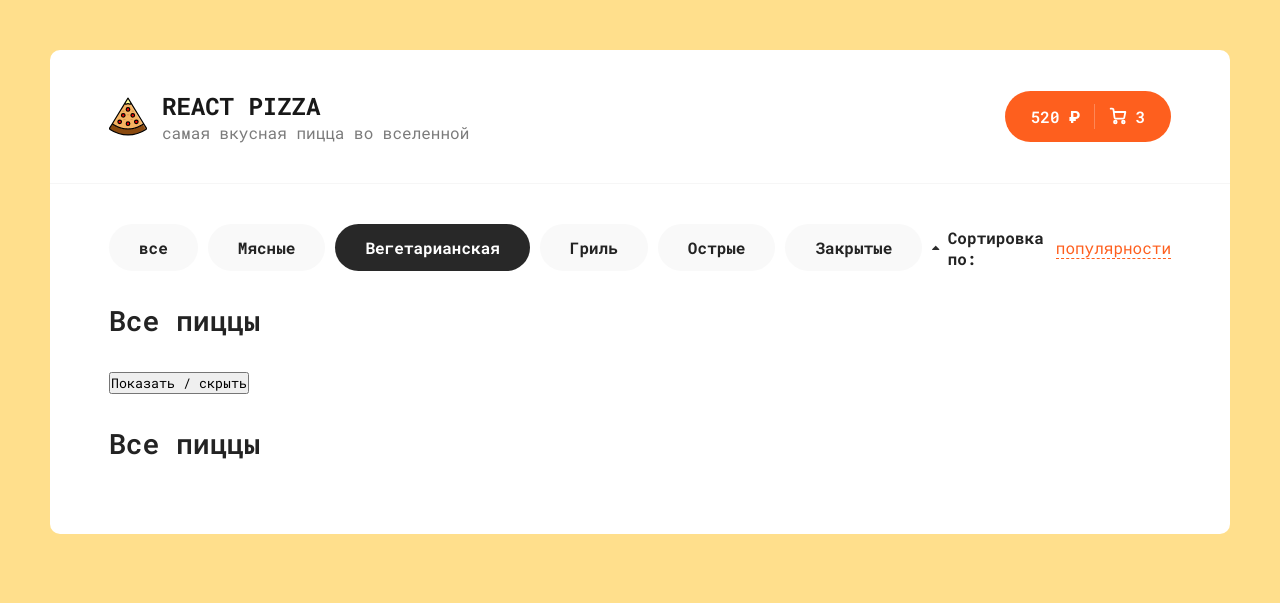
Repository: TI-IT/react-pizza2
Page: /
These files come from the project's save history. The page is drawn as it stood at one moment and after a run of saves; the edit follows.
The browser window is 1280 px wide. The pictures show the whole page.
The project was rebuilt for these pictures with package versions that can differ from the ones it lists, and the page was loaded fresh each time. Also part of the build but not shown: src/components/PizzaBlock.jsx.

Above is the page before, as saved 2022-10-09 13:23:32.

### public/index.html
<!DOCTYPE html>
<html lang="en">
  <head>
    <meta charset="utf-8" />
    <link rel="icon" href="%PUBLIC_URL%/favicon.ico" />
    <link rel="preconnect" href="https://fonts.googleapis.com" />
    <link rel="preconnect" href="https://fonts.gstatic.com" crossorigin />
    <link
      href="https://fonts.googleapis.com/css2?family=Roboto+Mono:wght@300;400;500;600;700&display=swap"
      rel="stylesheet"
    />
    <meta name="viewport" content="width=device-width, initial-scale=1" />
    <meta name="theme-color" content="#000000" />
    <meta
      name="description"
      content="Web site created using create-react-app"
    />
    <link rel="apple-touch-icon" href="%PUBLIC_URL%/logo192.png" />
    <!--
      manifest.json provides metadata used when your web app is installed on a
      user's mobile device or desktop. See https://developers.google.com/web/fundamentals/web-app-manifest/
    -->
    <link rel="manifest" href="%PUBLIC_URL%/manifest.json" />
    <!--
      Notice the use of %PUBLIC_URL% in the tags above.
      It will be replaced with the URL of the `public` folder during the build.
      Only files inside the `public` folder can be referenced from the HTML.

      Unlike "/favicon.ico" or "favicon.ico", "%PUBLIC_URL%/favicon.ico" will
      work correctly both with client-side routing and a non-root public URL.
      Learn how to configure a non-root public URL by running `npm run build`.
    -->
    <title>React App</title>
  </head>
  <body>
    <noscript>You need to enable JavaScript to run this app.</noscript>
    <div id="root"></div>
    <!--
      This HTML file is a template.
      If you open it directly in the browser, you will see an empty page.

      You can add webfonts, meta tags, or analytics to this file.
      The build step will place the bundled scripts into the <body> tag.

      To begin the development, run `npm start` or `yarn start`.
      To create a production bundle, use `npm run build` or `yarn build`.
    -->
  </body>
</html>

### src/App.js
import React from 'react'
import './scss/app.scss'
import Header from './components/Header'
import Categories from './components/Categories'
import Sort from './components/Sort'
import PizzaBlock from './components/PizzaBlock'
import pizzas from './assets/pizza.json'

function App() {
  const [items, setItems] = React.useState([])

  const [count, setCount] = React.useState(0)
  const [visableH1, setVisableH1] = React.useState(true)

  const onClickVisable = () => {
    setVisableH1(tt => !tt)
  }
  //componentDidUpdate(), componentDidMount(), componentWillUnmount
  React.useEffect(() => {
    console.log('Обновление чего либо')
  })

  const link = 'https://63427733ba4478d4783c44ef.mockapi.io/items'
  // fetch(link)
  //   .then(res => {
  //     return res.json()
  //   })
  //   .then(json => {
  //     setItems(json)
  //   })

  return (
    <div className="wrapper">
      <Header />
      <div className="content">
        <div className="container">
          <div className="content__top">
            <Categories />
            <Sort />
          </div>
          {visableH1 && <h2 className="content__title">Все пиццы</h2>}
          <button onClick={onClickVisable}>Показать / скрыть</button>

          <h2 className="content__title">Все пиццы</h2>
          <div className="content__items">
            {items.map(obj => (
              <PizzaBlock key={obj.id} {...obj} />
            ))}
          </div>
        </div>
      </div>
    </div>
  )
}

export default App

### src/scss/app.scss
@import './_variables.scss';
@import 'libs/_normalize.scss';

@import 'components/_all.scss';


body {
  background-color: $background;
}

.wrapper {
  width: calc(100vw - 100px);
  height: 100%;
  background-color: #fff;
  margin: 50px auto;
  border-radius: 10px;
  max-width: 1400px;
}

.content {
  padding: 40px 0;

  &__title {
    margin: 35px 0;
  }

  &__items {
    display: flex;
    flex-wrap: wrap;
    justify-content: space-between;
  }

  &__top {
    display: flex;
    align-items: center;
    justify-content: space-between;
  }
}

.container {
  width: $container-width;
  margin: 0 auto;

  &--cart {
    max-width: 820px;
    margin: 90px auto;
    .content__title {
      margin: 0;
    }
  }
}

.cart {
  &__top {
    display: flex;
    justify-content: space-between;
    align-items: center;
  }

  .content__title {
    display: flex;
    align-items: center;
    font-size: 32px;

    svg {
      position: relative;
      top: -2px;
      width: 30px;
      height: 30px;
      margin-right: 10px;
      path {
        stroke: $black;
        stroke-width: 1.9;
      }
    }
  }

  &__clear {
    display: flex;
    align-items: center;
    cursor: pointer;
    @include noselect();

    span {
      display: inline-block;
      margin-left: 7px;
      color: #b6b6b6;
      font-size: 18px;
    }

    span,
    svg,
    path {
      transition: all $duration ease-in-out;
    }

    &:hover {
      svg {
        path {
          stroke: darken($color: #b6b6b6, $amount: 50);
        }
      }
      span {
        color: darken($color: #b6b6b6, $amount: 50);
      }
    }
  }

  &__item {
    display: flex;
    width: 100%;
    border-top: 1px solid $gray-line;
    padding-top: 30px;
    margin-top: 30px;

    &-img {
      display: flex;
      align-items: center;
      margin-right: 15px;
      width: 10%;

      img {
        width: 80px;
        height: 80px;
      }
    }

    &-info {
      display: flex;
      flex-direction: column;
      justify-content: center;
      width: 40%;

      h3 {
        font-weight: bold;
        font-size: 22px;
        line-height: 27px;
        letter-spacing: 0.01em;
      }

      p {
        font-size: 18px;
        color: #8d8d8d;
      }
    }

    &-count {
      display: flex;
      align-items: center;
      justify-content: space-between;
      width: 13%;

      &-minus {
        svg {
          path:first-of-type {
            display: none;
          }
        }
      }

      b {
        font-size: 22px;
      }
    }

    &-price {
      display: flex;
      align-items: center;
      justify-content: center;
      width: 33%;

      b {
        font-weight: bold;
        font-size: 22px;
        letter-spacing: 0.01em;
      }
    }

    &-remove {
      display: flex;
      align-items: center;
      justify-content: flex-end;
      width: 4%;

      .button {
        border-color: darken($color: $gray-line, $amount: 10);
      }

      svg {
        transform: rotate(45deg);

        path {
          fill: darken($color: $gray-line, $amount: 15);
        }
      }

      .button {
        svg {
          width: 11.5px;
          height: 11.5px;
          position: relative;
        }
        &:hover,
        &:active {
          border-color: darken($color: $gray-line, $amount: 80);
          background-color: darken($color: $gray-line, $amount: 80);
        }
      }
    }
  }

  &__bottom {
    margin: 50px 0;

    &-details {
      display: flex;
      justify-content: space-between;

      span {
        font-size: 22px;

        &:last-of-type {
          b {
            color: $orange;
          }
        }
      }
    }

    &-buttons {
      display: flex;
      justify-content: space-between;
      margin-top: 40px;

      .go-back-btn {
        display: flex;
        align-items: center;
        justify-content: center;
        width: 210px;

        border-color: darken($color: $gray-line, $amount: 10);

        span {
          color: darken($color: $gray-line, $amount: 20);
          font-weight: 500;
          font-weight: 600;
        }

        &:hover {
          background-color: darken($color: $gray-line, $amount: 90);
          border-color: darken($color: $gray-line, $amount: 90);

          span {
            color: $gray-line;
          }
        }

        svg {
          margin-right: 12px;
          path {
            fill: transparent;
            stroke-width: 2;
          }
        }
      }

      .pay-btn {
        font-size: 16px;
        font-weight: 600;
        width: 210px;
        padding: 16px;
      }
    }
  }

  &--empty {
    margin: 0 auto;
    width: 560px;
    text-align: center;

    h2 {
      font-size: 32px;
      margin-bottom: 10px;
    }

    p {
      font-size: 18px;
      line-height: 145.4%;
      letter-spacing: 0.01em;
      color: #777777;
    }

    icon {
      position: relative;
      top: 2px;
    }

    img {
      display: block;
      width: 300px;
      margin: 45px auto 60px;
    }

    .button--black {
      padding: 12px 0 14px;
      width: 230px;
      margin: 0 auto;
      font-weight: 600;
      font-size: 18px;
    }
  }
}

### src/components/Header.jsx
import logoSVG from '../assets/img/pizza-logo.svg'

function Header() {
  return (
    <div className="header">
      <div className="container">
        <div className="header__logo">
          <img width="38" src={logoSVG} alt="Pizza logo" />
          <div>
            <h1>React Pizza</h1>
            <p>самая вкусная пицца во вселенной</p>
          </div>
        </div>
        <div className="header__cart">
          <a href="/cart.html" className="button button--cart">
            <span>520 ₽</span>
            <div className="button__delimiter"></div>
            <svg
              width="18"
              height="18"
              viewBox="0 0 18 18"
              fill="none"
              xmlns="http://www.w3.org/2000/svg">
              <path
                d="M6.33333 16.3333C7.06971 16.3333 7.66667 15.7364 7.66667 15C7.66667 14.2636 7.06971 13.6667 6.33333 13.6667C5.59695 13.6667 5 14.2636 5 15C5 15.7364 5.59695 16.3333 6.33333 16.3333Z"
                stroke="white"
                strokeWidth="1.8"
                strokeLinecap="round"
                strokeLinejoin="round"
              />
              <path
                d="M14.3333 16.3333C15.0697 16.3333 15.6667 15.7364 15.6667 15C15.6667 14.2636 15.0697 13.6667 14.3333 13.6667C13.597 13.6667 13 14.2636 13 15C13 15.7364 13.597 16.3333 14.3333 16.3333Z"
                stroke="white"
                strokeWidth="1.8"
                strokeLinecap="round"
                strokeLinejoin="round"
              />
              <path
                d="M4.78002 4.99999H16.3334L15.2134 10.5933C15.1524 10.9003 14.9854 11.176 14.7417 11.3722C14.4979 11.5684 14.1929 11.6727 13.88 11.6667H6.83335C6.50781 11.6694 6.1925 11.553 5.94689 11.3393C5.70128 11.1256 5.54233 10.8295 5.50002 10.5067L4.48669 2.82666C4.44466 2.50615 4.28764 2.21182 4.04482 1.99844C3.80201 1.78505 3.48994 1.66715 3.16669 1.66666H1.66669"
                stroke="white"
                strokeWidth="1.8"
                strokeLinecap="round"
                strokeLinejoin="round"
              />
            </svg>
            <span>3</span>
          </a>
        </div>
      </div>
    </div>
  )
}

export default Header

### src/components/Categories.jsx
import React from 'react'

function Categories() {
  const [activeIndex, setActivIndex] = React.useState(2)

  const categories = ['все', 'Мясные', 'Вегетарианская', 'Гриль', 'Острые', 'Закрытые']

  const onClickCategory = index => {
    setActivIndex(index)
  }
  return (
    <div className="categories">
      <ul>
        {categories.map((value, i) => (
          <li
            key={i}
            onClick={() => onClickCategory(i)}
            className={activeIndex === i ? 'active' : ''}>
            {value}
          </li>
        ))}
      </ul>
    </div>
  )
}
export default Categories

### src/components/Sort.jsx
import React from 'react'

function Sort() {
  const [open, setOpen] = React.useState(false)
  const [selected, setSelected] = React.useState(0)
  const list = ['популярности', 'цене', 'алфавиту']
  const sortName = list[selected]

  const onClickListItem = i => {
    setSelected(i)
    setOpen(false)
  }

  return (
    <div className="sort">
      <div className="sort__label">
        <svg
          width="10"
          height="6"
          viewBox="0 0 10 6"
          fill="none"
          xmlns="http://www.w3.org/2000/svg">
          <path
            d="M10 5C10 5.16927 9.93815 5.31576 9.81445 5.43945C9.69075 5.56315 9.54427 5.625 9.375 5.625H0.625C0.455729 5.625 0.309245 5.56315 0.185547 5.43945C0.061849 5.31576 0 5.16927 0 5C0 4.83073 0.061849 4.68424 0.185547 4.56055L4.56055 0.185547C4.68424 0.061849 4.83073 0 5 0C5.16927 0 5.31576 0.061849 5.43945 0.185547L9.81445 4.56055C9.93815 4.68424 10 4.83073 10 5Z"
            fill="#2C2C2C"
          />
        </svg>
        <b>Сортировка по:</b>
        <span onClick={() => setOpen(!open)}>{sortName}</span>
      </div>
      {open && (
        <div className="sort__popup">
          <ul>
            {list.map((name, i) => (
              <li
                key={i}
                onClick={() => onClickListItem(i)}
                className={selected === i ? 'active' : ''}>
                {name}
              </li>
            ))}
          </ul>
        </div>
      )}
    </div>
  )
}

export default Sort

### src/scss/libs/_normalize.scss
* {
  padding: 0;
  margin: 0;
  list-style: none;
  outline: none;
  font-family: 'Roboto Mono', Roboto, system-ui, Tahoma, sans-serif;
  box-sizing: border-box;
}

html {
  -ms-text-size-adjust: 100%;
  -webkit-text-size-adjust: 100%;
}

body {
  -moz-osx-font-smoothing: grayscale;
  -webkit-font-smoothing: antialiased;
  color: $black;
}

a,
span,
p,
b,
h1,
h2,
h3,
h4,
h5 {
  color: $black;
}

h1 {
  font-size: 48px;
}

h2 {
  font-weight: 600;
  font-size: 28px;
  line-height: 30px;
}

a {
  text-decoration: none;
}

@mixin noselect {
  -webkit-touch-callout: none; /* iOS Safari */
  -webkit-user-select: none; /* Safari */
  -khtml-user-select: none; /* Konqueror HTML */
  -moz-user-select: none; /* Old versions of Firefox */
  -ms-user-select: none; /* Internet Explorer/Edge */
  user-select: none; /* Non-prefixed version, currently
                                  supported by Chrome, Opera and Firefox */
}

### src/scss/components/_button.scss
@import '../variables.scss';

.button {
  display: inline-block;
  background-color: $orange;
  border-radius: 30px;
  padding: 10px 20px;
  min-width: 100px;
  text-align: center;
  cursor: pointer;
  transition: background-color $duration ease-in-out, border-color $duration ease-in-out;
  border: 1px solid transparent;
  @include noselect();

  &,
  span {
    color: #fff;
  }

  i,
  span,
  path,
  svg {
    transition: all $duration ease-in-out;
  }

  &:hover {
    background-color: darken($orange, 8%);
  }

  &:active {
    background-color: darken($orange, 12%);
    transform: translateY(1px);
  }

  &--circle {
    display: flex;
    align-items: center;
    justify-content: center;
    width: 32px;
    height: 32px;
    min-width: 32px;
    padding: 0;
    border-width: 2px;
  }

  &--black {
    background-color: $black;

    &:hover,
    &:active {
      background-color: lighten($color: $black, $amount: 10);
    }
  }

  &--outline {
    background-color: #fff;
    border-color: $orange;
    &,
    span {
      color: $orange;
    }

    svg {
      path {
        fill: $orange;
      }
    }

    &:hover {
      background-color: $orange;

      &,
      span {
        color: #fff;
      }

      svg {
        path {
          fill: #fff;
        }
      }
    }

    &:active {
      background-color: darken($orange, 8%);
    }
  }

  &__delimiter {
    width: 1px;
    height: 25px;
    background-color: rgba(255, 255, 255, 0.25);
    margin-left: 14px;
    margin-right: 14px;
  }

  &--add {
    svg {
      margin-right: 2px;
    }

    span {
      font-weight: 600;
      font-size: 16px;
    }

    &:hover {
      i {
        background-color: #fff;
        color: $orange;
      }
    }

    i {
      display: inline-block;
      border-radius: 30px;
      background-color: $orange;
      color: #fff;
      font-weight: 600;
      width: 22px;
      height: 22px;
      font-style: normal;
      font-size: 13px;
      line-height: 22px;
      position: relative;
      top: -1px;
      left: 3px;
    }
  }

  &--cart {
    display: flex;
    align-items: center;
    line-height: 23px;
    padding: 12px 25px;

    svg {
      margin-right: 8px;
      margin-bottom: 1px;
    }

    span {
      font-weight: 600;
      font-size: 16px;
    }
  }
}

### src/scss/components/_sort.scss
@import '../variables.scss';

.sort {
  position: relative;
  &__label {
    display: flex;
    align-items: center;

    svg {
      margin-right: 8px;
    }

    b {
      margin-right: 8px;
    }

    span {
      color: $orange;
      border-bottom: 1px dashed $orange;
      cursor: pointer;
    }
  }

  &__popup {
    position: absolute;
    right: 0;
    margin-top: 15px;
    background: #ffffff;
    box-shadow: 0px 5px 15px rgba(0, 0, 0, 0.09);
    border-radius: 10px;
    overflow: hidden;
    padding: 10px 0;
    width: 160px;

    ul {
      overflow: hidden;
      li {
        padding: 12px 20px;
        cursor: pointer;

        &.active,
        &:hover {
          background: rgba(254, 95, 30, 0.05);
        }

        &.active {
          font-weight: bold;
          color: $orange;
        }
      }
    }
  }
}

### src/scss/components/_pizza-block.scss
@import '../variables.scss';

.pizza-block {
  width: 280px;
  text-align: center;
  margin-bottom: 65px;

  &:not(:nth-of-type(4n)) {
    margin-right: 35px;
  }

  &__image {
    width: 260px;
  }

  &__title {
    font-size: 20px;
    font-weight: 900;
    letter-spacing: 1%;
    margin-bottom: 20px;
  }

  &__selector {
    display: flex;
    background-color: #f3f3f3;
    border-radius: 10px;
    flex-direction: column;
    padding: 6px;

    ul {
      display: flex;
      flex: 1;

      &:first-of-type {
        margin-bottom: 6px;
      }

      li {
        padding: 8px;
        flex: 1;
        cursor: pointer;
        font-weight: 600;
        font-size: 14px;
        @include noselect();
        &.active {
          background: #ffffff;
          box-shadow: 0px 2px 4px rgba(0, 0, 0, 0.04);
          border-radius: 5px;
          cursor: auto;
        }
      }
    }
  }

  &__bottom {
    display: flex;
    align-items: center;
    justify-content: space-between;
    margin-top: 20px;
  }

  &__price {
    font-weight: bold;
    font-size: 22px;
    line-height: 27px;
    letter-spacing: 0.015em;
  }
}

Loaded but not shown: src/index.js (common file); src/assets/pizza.json (common file); src/scss/_variables.scss (common file); src/scss/components/_all.scss (common file); src/scss/components/_header.scss (common file); src/scss/components/_categories.scss (common file)

After the next 2 saves:
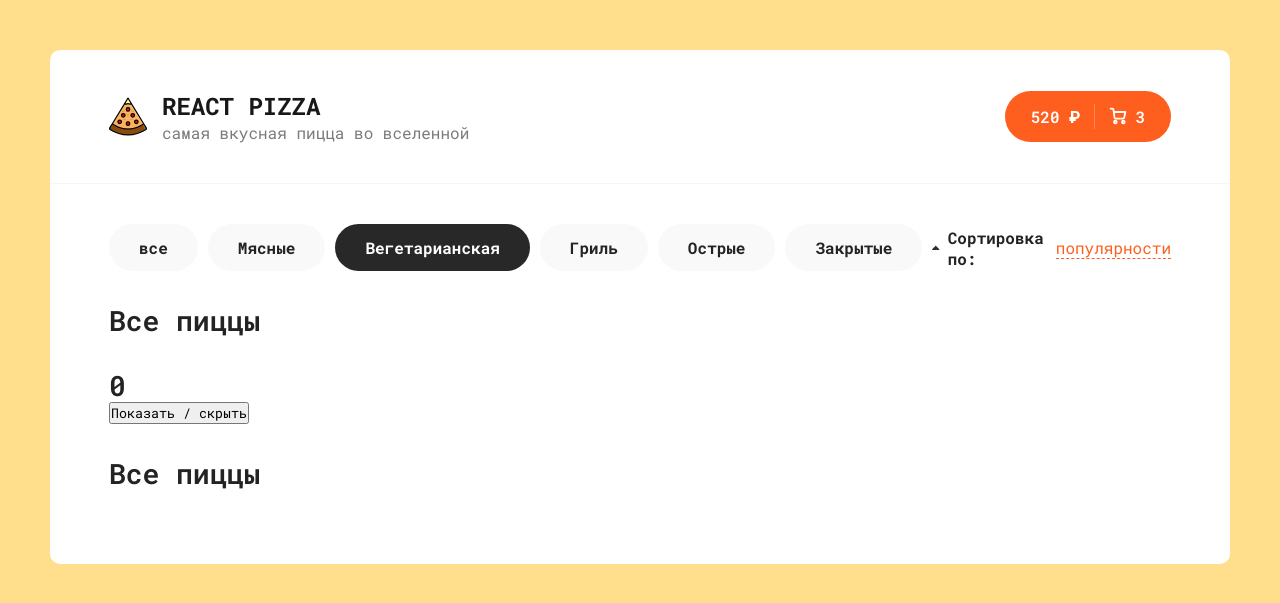
The 2 saves are shown as one change because 1 did not build or start.
The last was saved 47 s later.
--- a/src/App.js
+++ b/src/App.js
@@ -10,6 +10,7 @@ function App() {
   const [items, setItems] = React.useState([])
 
   const [count, setCount] = React.useState(0)
+
   const [visableH1, setVisableH1] = React.useState(true)
 
   const onClickVisable = () => {
@@ -39,6 +40,7 @@ function App() {
             <Sort />
           </div>
           {visableH1 && <h2 className="content__title">Все пиццы</h2>}
+          <h2>{count}</h2>
           <button onClick={onClickVisable}>Показать / скрыть</button>
 
           <h2 className="content__title">Все пиццы</h2>
